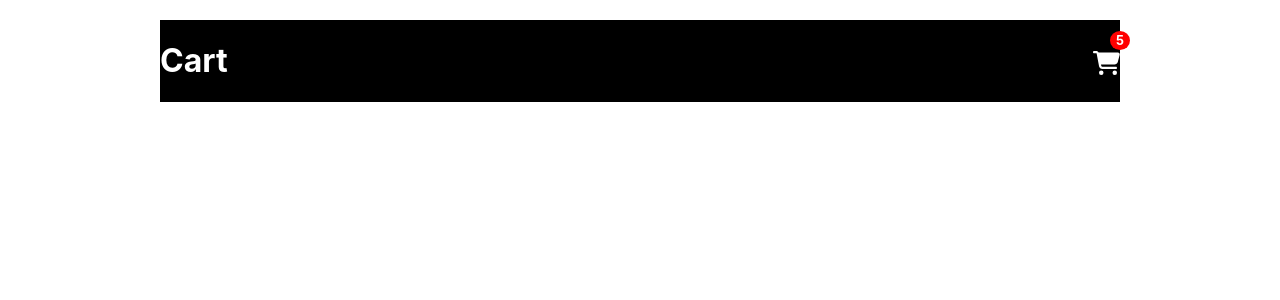
Repository: sriram1224/Cart-react-app
Page: /
These files come from the project's save history. The page is drawn as it stood at one moment and after the next save; the edit follows.
The browser window is 1280 px wide. The pictures show the whole page.
The project was rebuilt for these pictures with package versions that can differ from the ones it lists, and the page was loaded fresh each time.

Above is the page before, as saved 2024-03-12 13:48:14.

After the next save:
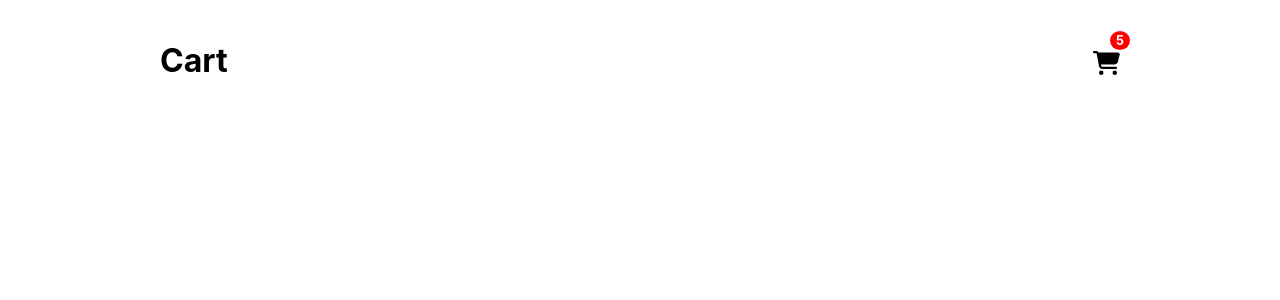
Saved 75 s later.
--- a/src/Components/Nav.js
+++ b/src/Components/Nav.js
@@ -4,6 +4,7 @@ import './Navbar.css';
 const cartCount = 5;
 function Navbar() {
   return (
+      <div className="nav-container">
       <div className="cart">
           <div className="heading">
               <h1>
@@ -20,6 +21,7 @@ function Navbar() {
 
       </h1>
     </div>
+      </div>
   );
 }
 
--- a/src/Components/Navbar.css
+++ b/src/Components/Navbar.css
@@ -5,7 +5,6 @@
 
 .cart-icon {
     font-size: 1.5rem;
-    color: white
     /* Adjust the size as needed */
 }
 
@@ -28,11 +27,14 @@
     justify-content: space-between;
     margin: 20px 10rem;
     align-items: center;
-    background-color:black
 
 }
 
 .heading{
 text-align: center;
-color:white
 }
+
+.nav-container{
+    width: 100%;
+    height: 10rem;
+}
